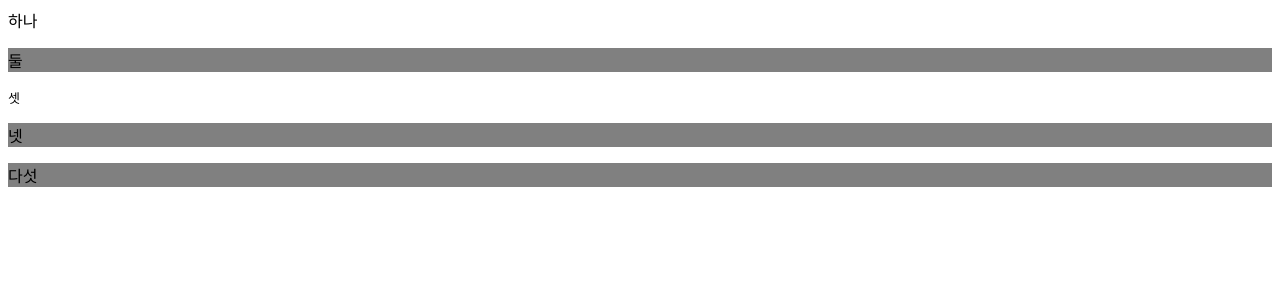
Repository: Baechangho/JavaBasic
Page: workspace_web/Front/src/main/webapp/jquery/jq_05.html
An editor plug-in stored every save of this project. The page is shown before and after the next save, followed by the edit.
The browser window is 1280 px wide. The pictures show the whole page.

Above is the page before, as saved 2023-08-09 05:06:36.

After the next save:
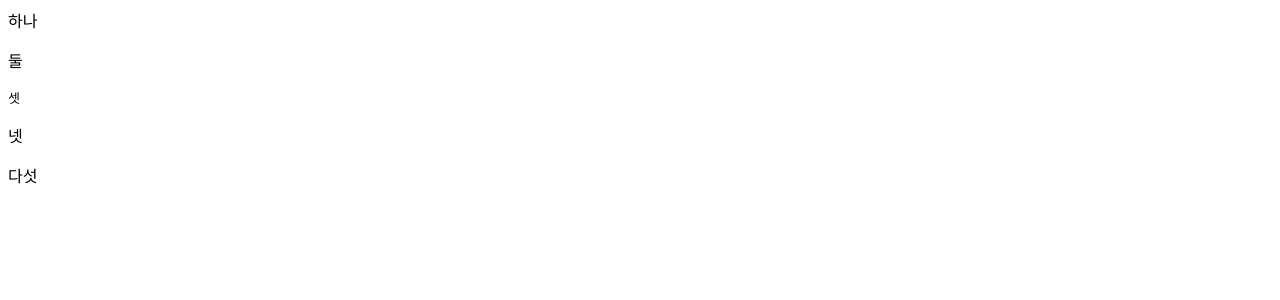
Console error: ReferenceError: $this is not defined
Saved 7 s later.
--- a/workspace_web/Front/src/main/webapp/jquery/jq_05.html
+++ b/workspace_web/Front/src/main/webapp/jquery/jq_05.html
@@ -32,7 +32,7 @@
 		if($("#stop").is($(this))){
 
 		}
-		$(this).css("background", "gray")
+		$this.css("background", "gray")
 
 	})
 

After the save that followed:
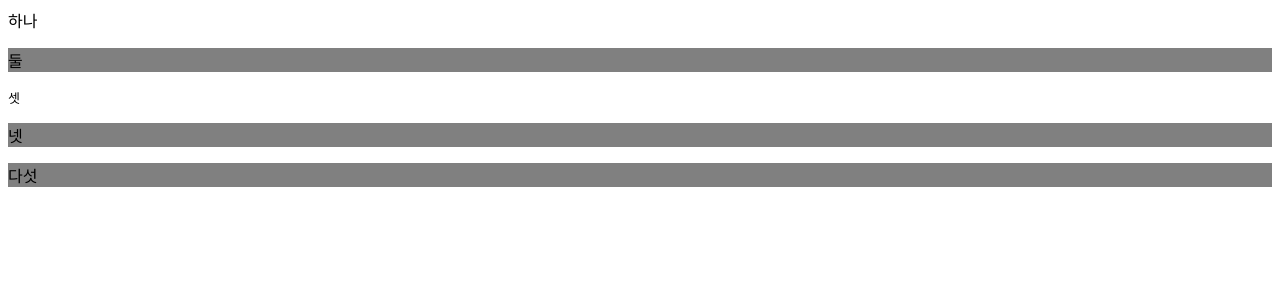
The error is gone.
Saved 6 s later.
--- a/workspace_web/Front/src/main/webapp/jquery/jq_05.html
+++ b/workspace_web/Front/src/main/webapp/jquery/jq_05.html
@@ -32,7 +32,7 @@
 		if($("#stop").is($(this))){
 
 		}
-		$this.css("background", "gray")
+		$(this).css("background", "gray")
 
 	})
 
